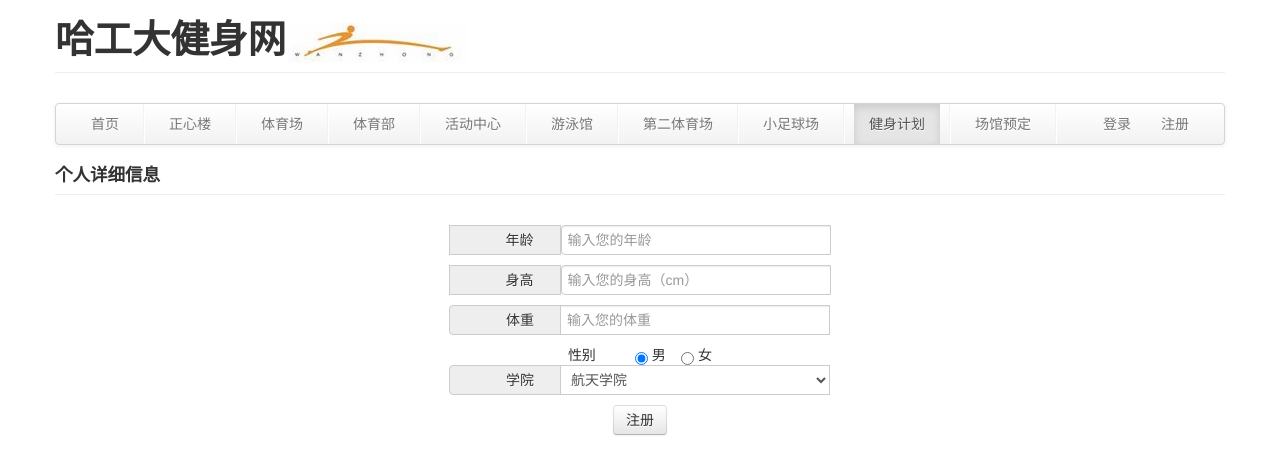
Repository: hitDeveloper/fitness
Page: http://localhost/project/myplan.jsp
An editor plug-in stored every save of this project. The page is shown before and after the next save, followed by the edit.
The browser window is 1280 px wide. The pictures show the whole page.
The page is served by Tomcat 9. Nobody is signed in. The application's start-up code is not run.

Above is the page before, as saved 2014-11-19 01:00:42.

After the next save:
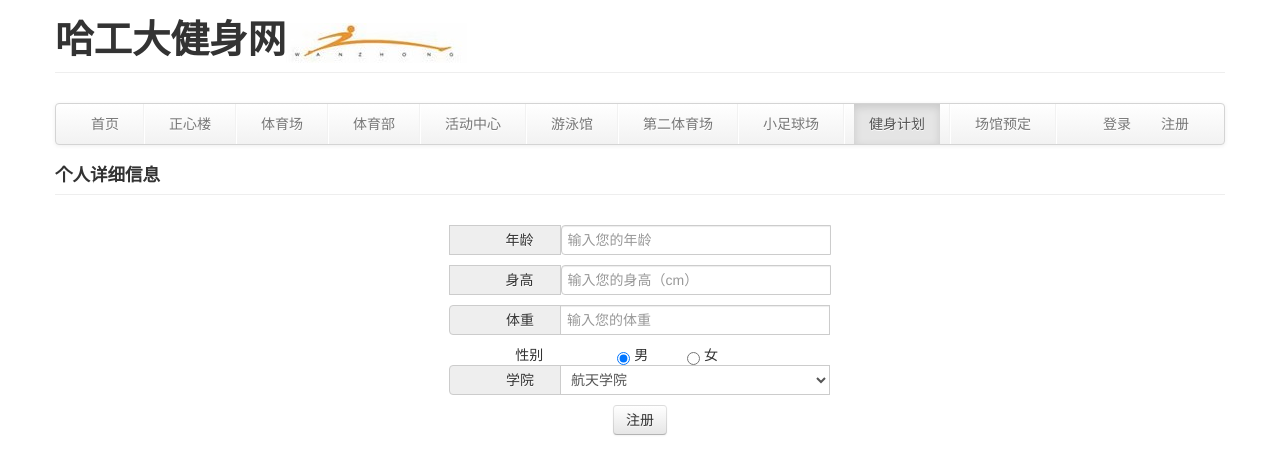
Saved 15 s later.
--- a/Project/project/WebRoot/myplan.jsp
+++ b/Project/project/WebRoot/myplan.jsp
@@ -59,9 +59,9 @@
 <input type="password" placeholder="输入您的体重" class="span3" name="weight" />
 </div></div>
 <div align="center">
-	 性别&nbsp;&nbsp;&nbsp;&nbsp;&nbsp;&nbsp;&nbsp;&nbsp;&nbsp;
-     <input type="radio" name="gender" value="男" checked> 男&nbsp;&nbsp;&nbsp;
-     <input type="radio" name="gender" value="女"> 女
+	 性别&nbsp;&nbsp;&nbsp;&nbsp;&nbsp;&nbsp;&nbsp;&nbsp;&nbsp;&nbsp;&nbsp;&nbsp;&nbsp;&nbsp;&nbsp;&nbsp;&nbsp;&nbsp;
+     <input type="radio" name="gender" value="男" checked> 男&nbsp;&nbsp;&nbsp;&nbsp;&nbsp;&nbsp;&nbsp;&nbsp;&nbsp;
+     <input type="radio" name="gender" value="女"> 女&nbsp;&nbsp;&nbsp;&nbsp;&nbsp;&nbsp;&nbsp;&nbsp;&nbsp;&nbsp;&nbsp;&nbsp;
 </div>
 <div align="center">
 <div class="input-prepend input-append">
